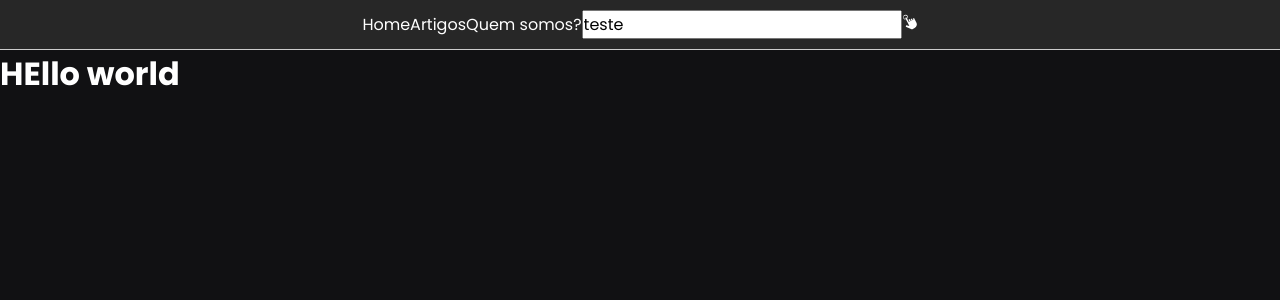
Repository: ArthurHendrich/Inepto
Page: /
These files come from the project's save history. The page is drawn as it stood at one moment and after the next save; the edit follows.
The browser window is 1280 px wide. The pictures show the whole page.
The project was rebuilt for these pictures with package versions that can differ from the ones it lists, and the page was loaded fresh each time. The framework's server and built-in components were replaced by stand-ins that run in the browser. Also part of the build but not shown: next.config.js.

Above is the page before, as saved 2022-07-06 18:56:46.

### src/pages/_app.tsx
import { AppProps } from "next/app";
import { Header } from "../components/header";

import '../styles/global.scss';

function MyApp({ Component, pageProps }: AppProps) {
  return (
    <>
    <Header />
    <Component {...pageProps} />
    </>
  );
}

export default MyApp;

### src/pages/_document.tsx
import Document, { Html, Head, Main, NextScript } from "next/document";

export default class MyDocument extends Document {
  render() {
    return (
      <Html>
        <Head>
          <link rel="preconnect" href="https://fonts.googleapis.com" />
          <link
            href="https://fonts.googleapis.com/css2?family=Poppins:wght@400;500;700;900&display=swap"
            rel="stylesheet"
          />
          <link rel="shortcut icon" href="favicon.png" type="image/png" />
        </Head>
        <body>
          <Main />
          <NextScript />
        </body>
      </Html>
    );
  }
}

### src/pages/index.tsx
import Head from 'next/head';

import styles from '../styles/home.module.scss';

export default function Home() {

  return (
    <>
    <Head>
      <title>Direito Inepto</title>
    </Head>


    <main>
      <h1>HEllo world</h1>
    </main>

    </>
  )
}

### src/components/header/index.tsx
import styles from './styles.module.scss';
import { GiClick } from 'react-icons/gi';
import { ActiveLink } from '../ActiveLink';


export function Header() {
  return(
    <header className={styles.headerContainer}>
      <div className={styles.headerContent}>

        <div className={styles.headerItens}>
          <div className={styles.headerLogo}></div>

          <nav>
          <ActiveLink href="/" activeClassName={styles.active}>
            <a>Home</a>
          </ActiveLink>

          <ActiveLink href="/posts" activeClassName={styles.active}>
            <a>Artigos</a>
          </ActiveLink>

          <ActiveLink href="/sobre" activeClassName={styles.active}>
            <a>Quem somos?</a>
          </ActiveLink>
        </nav>
        </div>

        <div className={styles.headerSearch}>
          <input type="text" value='teste' placeholder='procure...' />
          <GiClick className={styles.headerSearchIcon} />
        </div>
      </div>
    </header>
  )
}

### src/styles/global.scss
* {
  margin: 0;
  padding: 0;
  box-sizing: border-box;
}

:root {
  --white: #FFF;

  --gray-100: #C2C2C2;
  --gray-200: #CCCCCC;
  --gray-500: #272727;
  --gray-900: #111113;

  --blue-200: #3C7198;
  --blue-500: #82B4FF;
  --blue-900: #95D2FF;

  --purple-header: #2F1C6A;
  --purple-content: #492E9E;

}

@media (max-width: 1080px) {
  html {
    font-size: 93.75%;
  }
}

@media (max-width: 720px) {
  html {
    font-size: 87.5%;
  }
}

body{
  background: var(--gray-900);
  color: var(--white);
}

body, input, textarea, select, button {
  font: 400 1rem 'Poppins', sans-serif;
}

button {
  cursor: pointer;
}

a {
  color: inherit;
  text-decoration: none;
}

### src/components/header/styles.module.scss
.headerContainer {
  height: 3.125rem;
  background: var(--gray-500);
  border-bottom: 1px solid var(--gray-200);
  display: flex;
  margin: 0 auto;
}

.headerContent {
  margin: 0 auto;
  display: flex;
  align-items: center;
  justify-content: space-between;
}

### src/components/ActiveLink/index.tsx
import Link, { LinkProps } from "next/link";
import { useRouter } from "next/router";
import { cloneElement, ReactElement } from "react";

interface ActiveLinkProps extends LinkProps {
  children: ReactElement;
  activeClassName: string;
}

export function ActiveLink ({ children, activeClassName, ...rest }: ActiveLinkProps) {
  const { asPath } = useRouter();

  const className = asPath === rest.href ? activeClassName : '';


  return (
    <Link {...rest}>
      {cloneElement(children, { className })}
    </Link>
  )
}

After the next save:
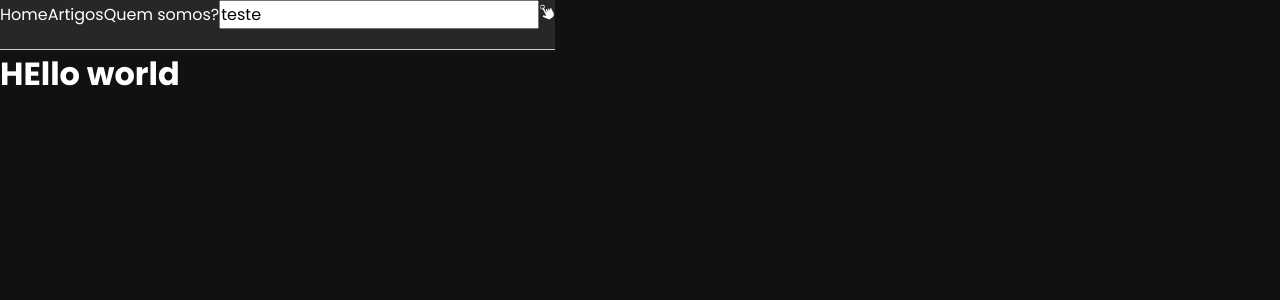
Saved 10 s later.
--- a/src/components/header/styles.module.scss
+++ b/src/components/header/styles.module.scss
@@ -2,8 +2,7 @@
   height: 3.125rem;
   background: var(--gray-500);
   border-bottom: 1px solid var(--gray-200);
-  display: flex;
-  margin: 0 auto;
+  display: inline-block;
 }
 
 .headerContent {
